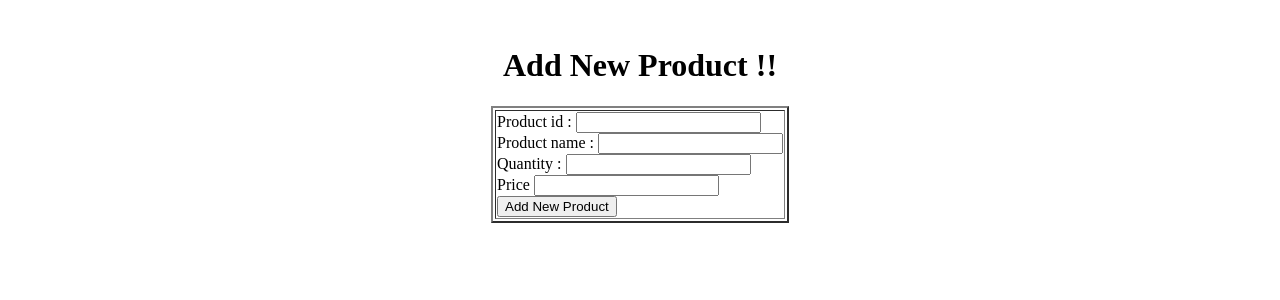
Repository: ravikumar0303/Advance-Java
Page: http://localhost/JSP_Product/addproduct.jsp
An editor plug-in stored every save of this project. The page is shown before and after the next save, followed by the edit.
The browser window is 1280 px wide. The pictures show the whole page.
The page is served by Tomcat 9. Other server files are loaded and not shown.

Above is the page before, as saved 2023-06-27 07:21:39.

### JSP_Product/src/main/webapp/addproduct.jsp
<%@ page language="java" contentType="text/html; charset=ISO-8859-1"
    pageEncoding="ISO-8859-1"%>
<!DOCTYPE html>
<html>
<head>
<meta charset="ISO-8859-1">
<title>Insert title here</title>
</head>
<center>
<br>
<h1>Add New Product !!</h1>
<body>
<table border="2">
<td>
	<form action="addproduct" method="post">
	Product id : <input type="text" name="pid" id="pid" ><br>
	Product name : <input type="text" name="pname" id="pname" ><br>
	Quantity : <input type="text" name="qty" id="qty" ><br>
	Price <input type="text" name="price" id="price" ><br>

	<button type="submit" name="btn" id="btn" value="add">Add New Product</button>
	</form>
	</table>
</body>
</td>
</center>
</html>

After the next save:
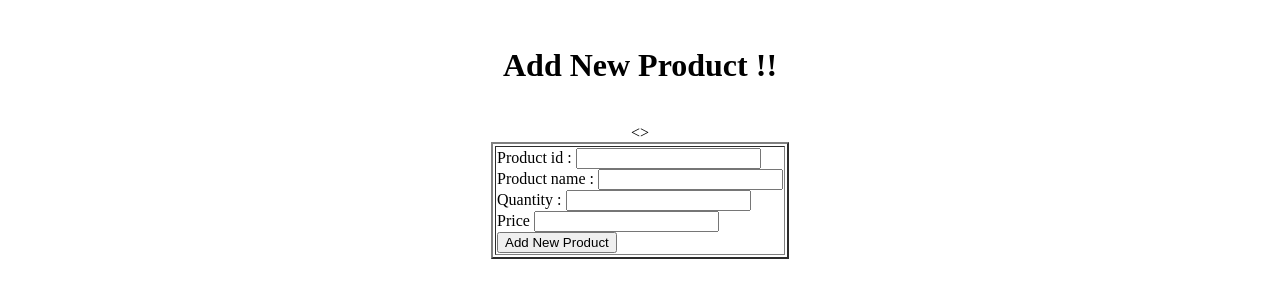
Saved 9 s later.
--- a/JSP_Product/src/main/webapp/addproduct.jsp
+++ b/JSP_Product/src/main/webapp/addproduct.jsp
@@ -9,7 +9,8 @@
 <center>
 <br>
 <h1>Add New Product !!</h1>
-<body>
+<br><>
+<bodybr>
 <table border="2">
 <td>
 	<form action="addproduct" method="post">
